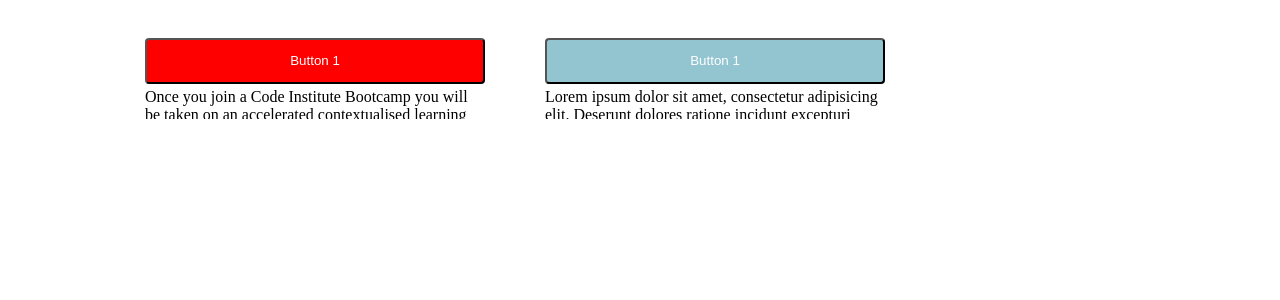
Repository: loosenthedark/CI_jquery-command-chaining-challenge
Page: button.html
The author's editor kept a record of every edit. The page is drawn from the files as they stood at one moment, then again after the next edit.
The browser window is 1280 px wide. The pictures show the whole page.
After loading, the first visible `#button1` was clicked once.
Some web libraries are served in a nearby version.

Above is the page before.

After the next edit:
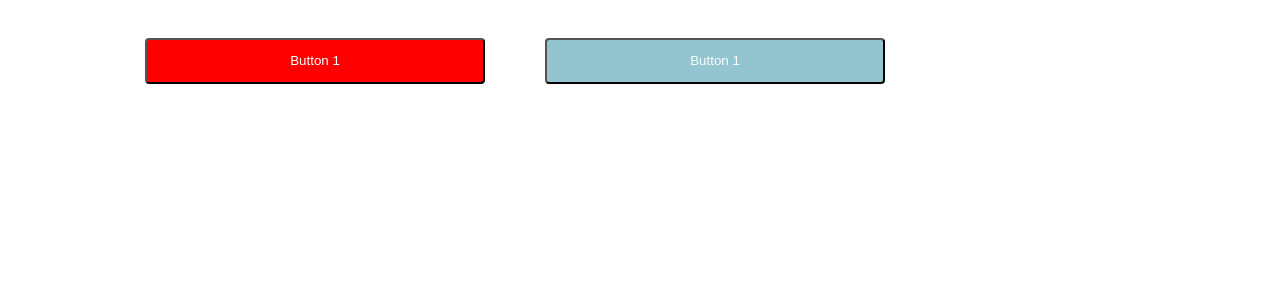
The edit:
--- a/js/script.js
+++ b/js/script.js
@@ -7,8 +7,14 @@
     });
 
     $('button').click(function() {
-        $('p').slideUp(2000, 'linear', function() {
+        $('p').slideToggle(1000, 'linear');
+    });
 
-        }).slideDown(3000);
-    });
+    // $('button').click(function() {
+    //     $('p').hide(5000, 'linear').show(2000);
+    // });
+
+    // $('button').click(function() {
+    //     $('p').fadeOut(5000, 'linear').fadeIn(8000);
+    // });
 });
